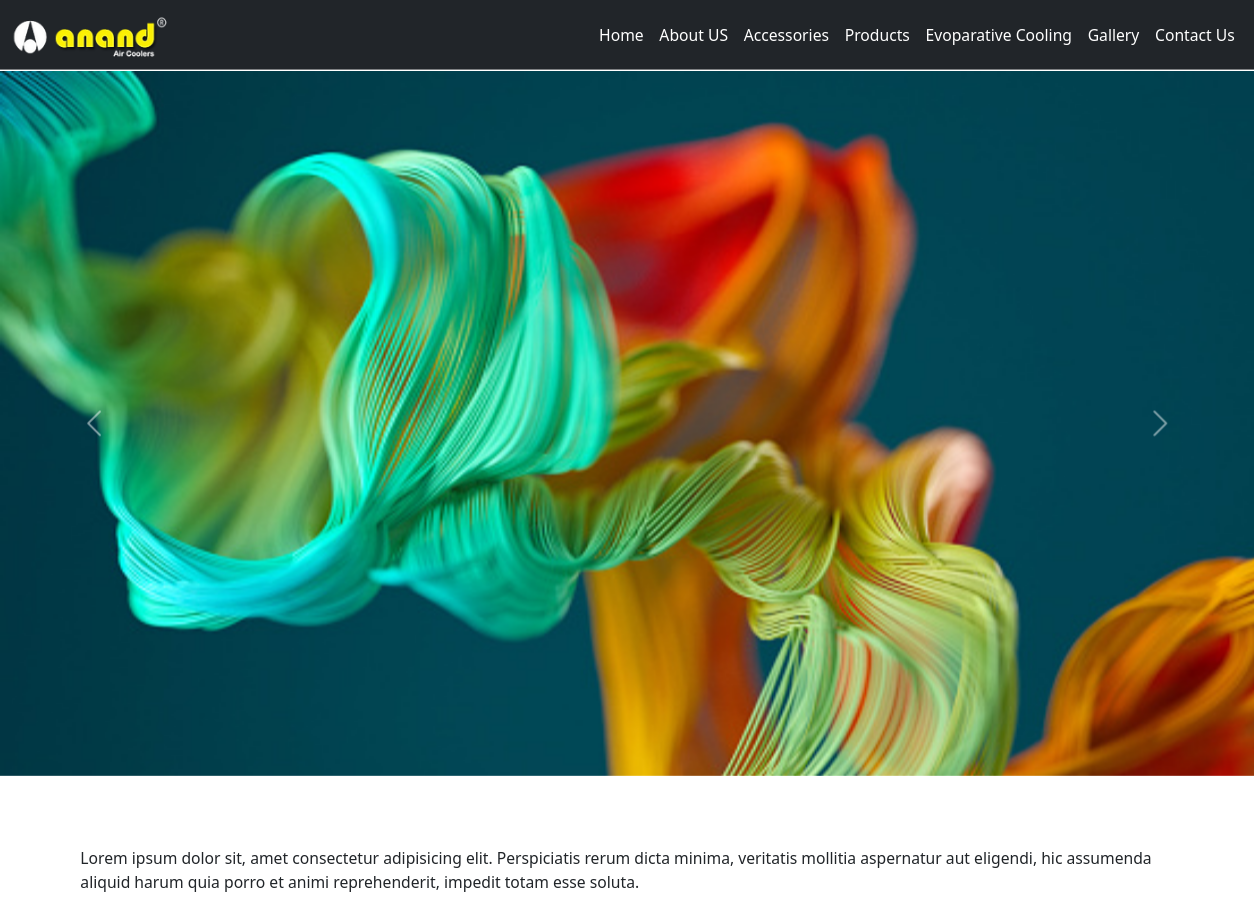
Repository: dhavalmaniyar/divakar
Page: http://localhost/
These files come from the project's save history. The page is drawn as it stood at one moment and after the next save; the edit follows.
The browser window is 1280 px wide. The pictures show the whole page, at 98% of full size.
The page is served by the project's application, run on Django 3.2 (divakar_app/manage.py).

Above is the page before, as saved 2021-12-08 11:13:03.

After the next save:
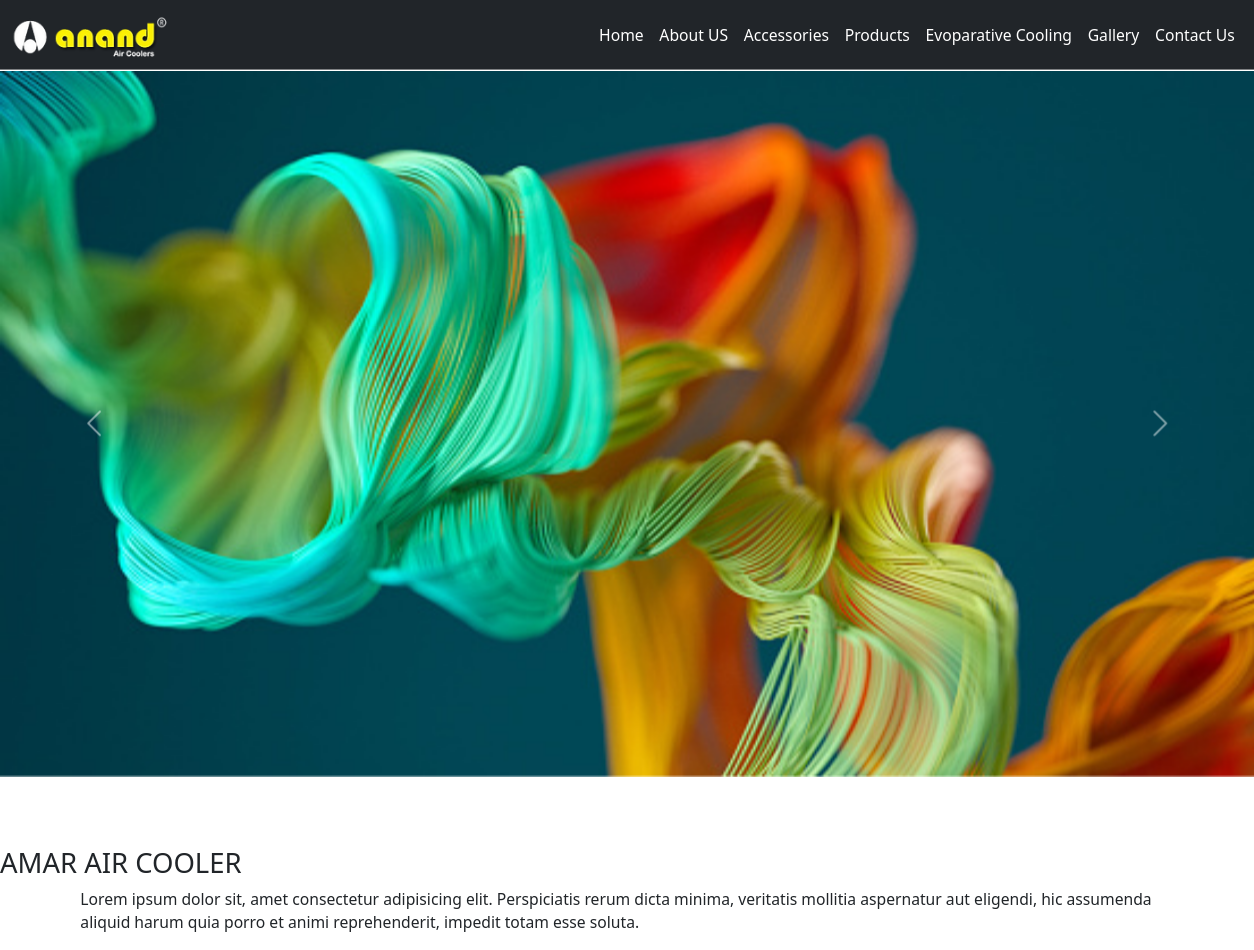
Saved 24 s later.
--- a/divakar_app/templates/index.html
+++ b/divakar_app/templates/index.html
@@ -24,6 +24,7 @@
     </button>
   </div>
   <br><br><br>
+  <h3>AMAR AIR COOLER</h3>
   <div class="container">
       <p>Lorem ipsum dolor sit, amet consectetur adipisicing elit. Perspiciatis rerum dicta minima, veritatis mollitia aspernatur aut eligendi, hic assumenda aliquid harum quia porro et animi reprehenderit, impedit totam esse soluta.</p>
   </div>
